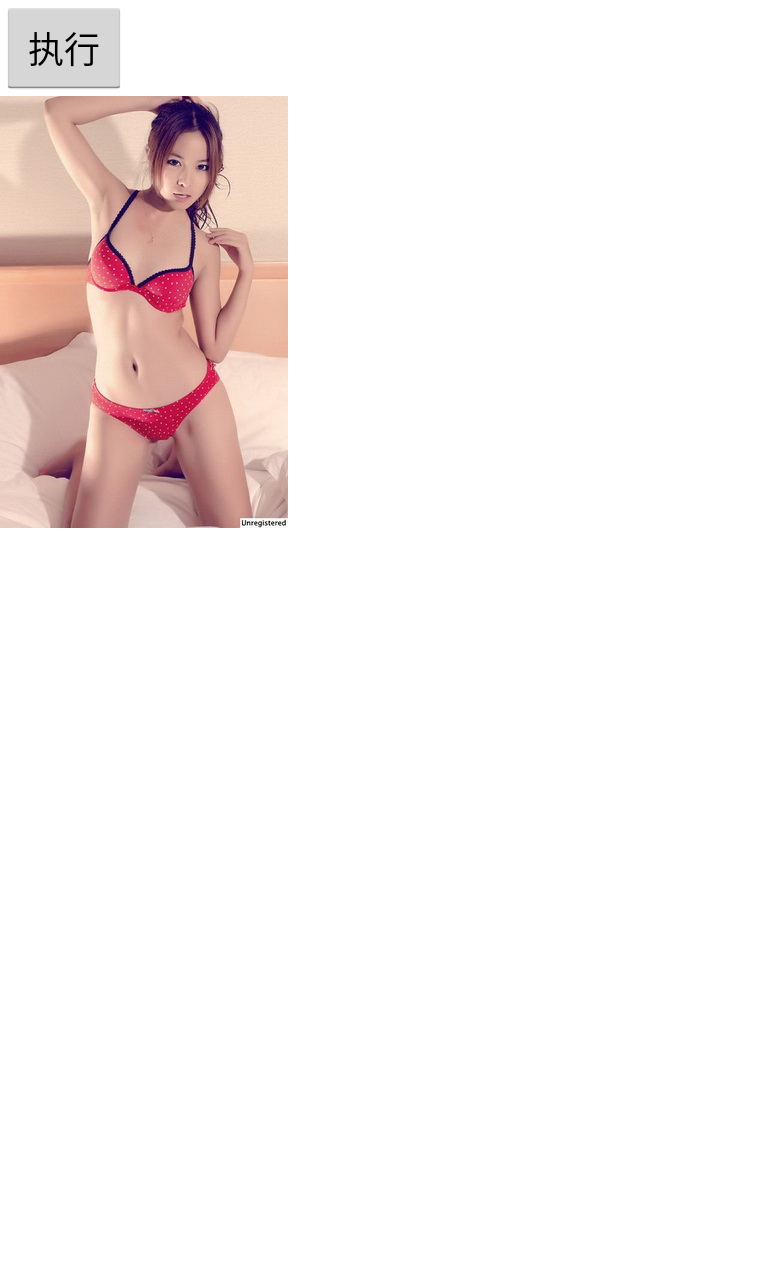
Repository: IvyZh/hm66
Layout: 黑马基础项目/res/layout/activity_frameanimation.xml
The author's editor kept a copy of each file at every save. The layout is drawn from the files as they stood at one save, then again after the next save.
It is drawn on a 768 x 1280 px phone screen (xhdpi) without system bars, with theme AppTheme; the app's code is not run.

Above is the layout before, as saved 2016-05-29 18:01:44.

### 黑马基础项目/res/layout/activity_frameanimation.xml
<LinearLayout xmlns:android="http://schemas.android.com/apk/res/android"
    xmlns:tools="http://schemas.android.com/tools"
    android:layout_width="match_parent"
    android:layout_height="match_parent"
    android:orientation="vertical" >

    <Button
        android:id="@+id/bt"
        android:layout_width="wrap_content"
        android:layout_height="wrap_content"
        android:onClick="click"
        android:text="执行" />

    <ImageView
        android:id="@+id/imageView1"
        android:layout_width="wrap_content"
        android:layout_height="wrap_content"
        android:src="@drawable/mm1" />

</LinearLayout>

### 黑马基础项目/res/drawable/drawableanimation.xml
<?xml version="1.0" encoding="utf-8"?>
<animation-list xmlns:android="http://schemas.android.com/apk/res/android"
    android:oneshot="false" >

    <item
        android:drawable="@drawable/g1"
        android:duration="200"/>
    <item
        android:drawable="@drawable/g2"
        android:duration="200"/>
    <item
        android:drawable="@drawable/g3"
        android:duration="200"/>
    <item
        android:drawable="@drawable/g4"
        android:duration="200"/>
    <item
        android:drawable="@drawable/g5"
        android:duration="200"/>
    <item
        android:drawable="@drawable/g6"
        android:duration="200"/>
    <item
        android:drawable="@drawable/g7"
        android:duration="200"/>
    <item
        android:drawable="@drawable/g8"
        android:duration="200"/>
    <item
        android:drawable="@drawable/g9"
        android:duration="200"/>
    <item
        android:drawable="@drawable/g10"
        android:duration="200"/>
    <item
        android:drawable="@drawable/g11"
        android:duration="200"/>

</animation-list>

Loaded but not shown: 黑马基础项目/res/values/styles.xml (common file); 黑马基础项目/res/values-v11/styles.xml (common file); 黑马基础项目/res/values-v14/styles.xml (common file)

After the next save:
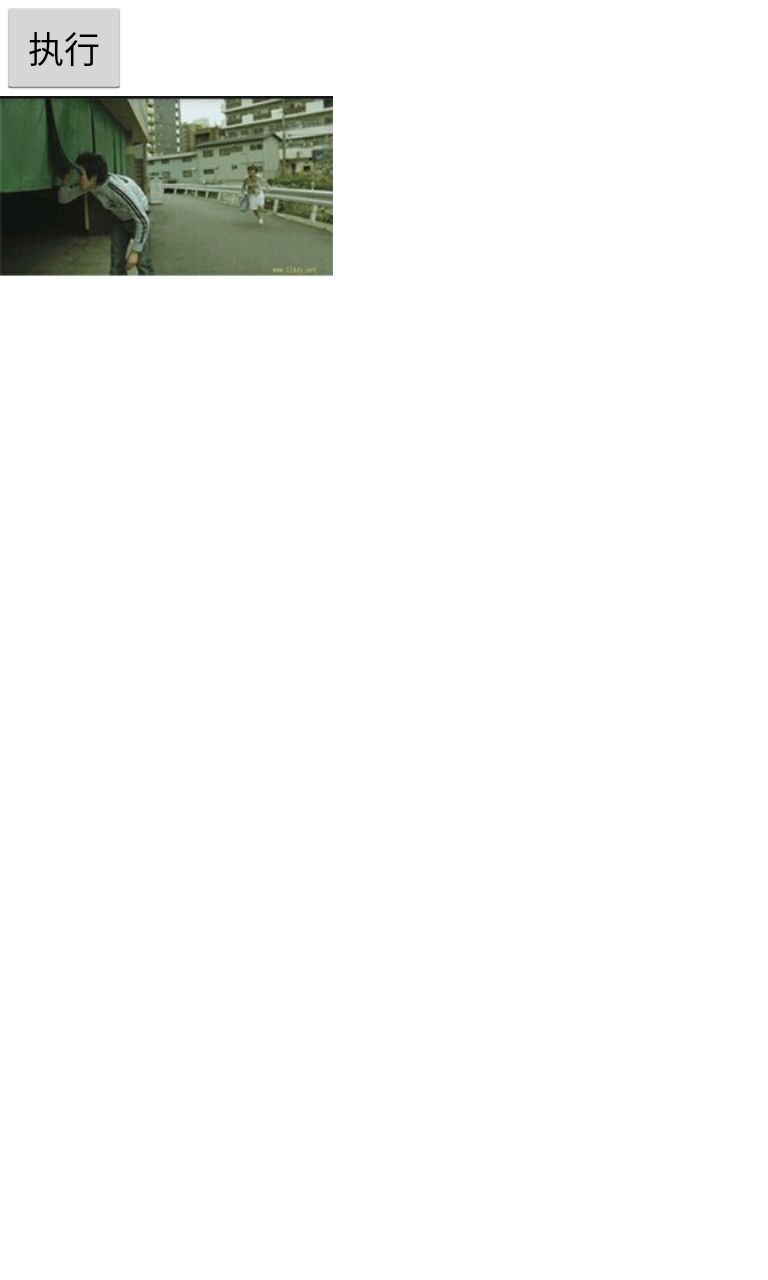
Saved 25 s later.
--- a/黑马基础项目/res/layout/activity_frameanimation.xml
+++ b/黑马基础项目/res/layout/activity_frameanimation.xml
@@ -14,7 +14,8 @@
     <ImageView
         android:id="@+id/imageView1"
         android:layout_width="wrap_content"
+        android:background="@drawable/drawableanimation"
         android:layout_height="wrap_content"
-        android:src="@drawable/mm1" />
+          />
 
 </LinearLayout>
